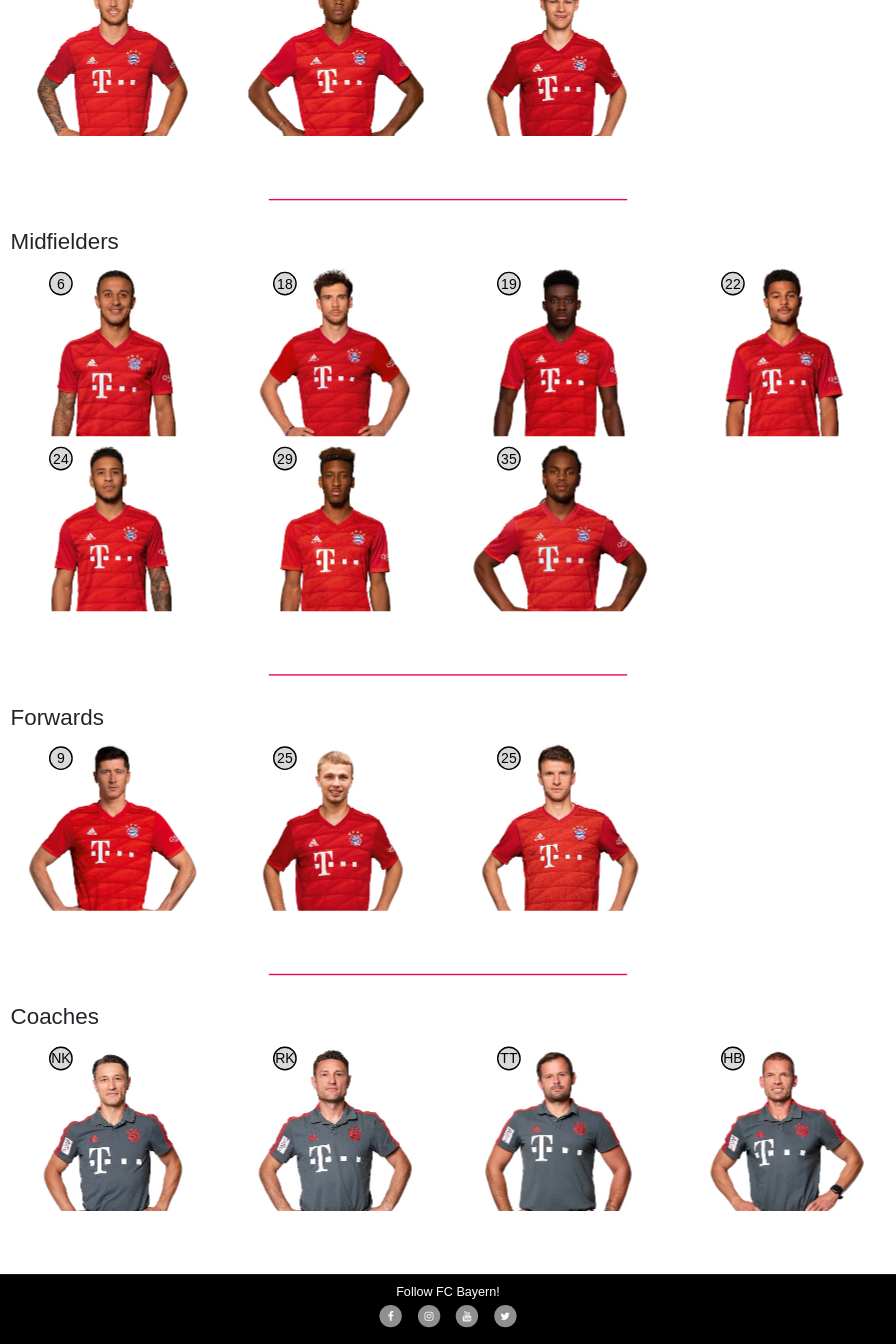
Repository: Code-Institute-Submissions/alnibo-milestone-project-1
Page: team.html
The author's editor kept a record of every edit. The page is drawn from the files as they stood at one moment, then again after the next edit.
The browser window is 1280 px wide. The pictures show the part of the page from y = 1683 to 3603 px (the page is 3603 px tall), at 70% of full size.
Some web fonts or font styles are not loaded; a fallback is used.

Above is the page before.

After the next edit:
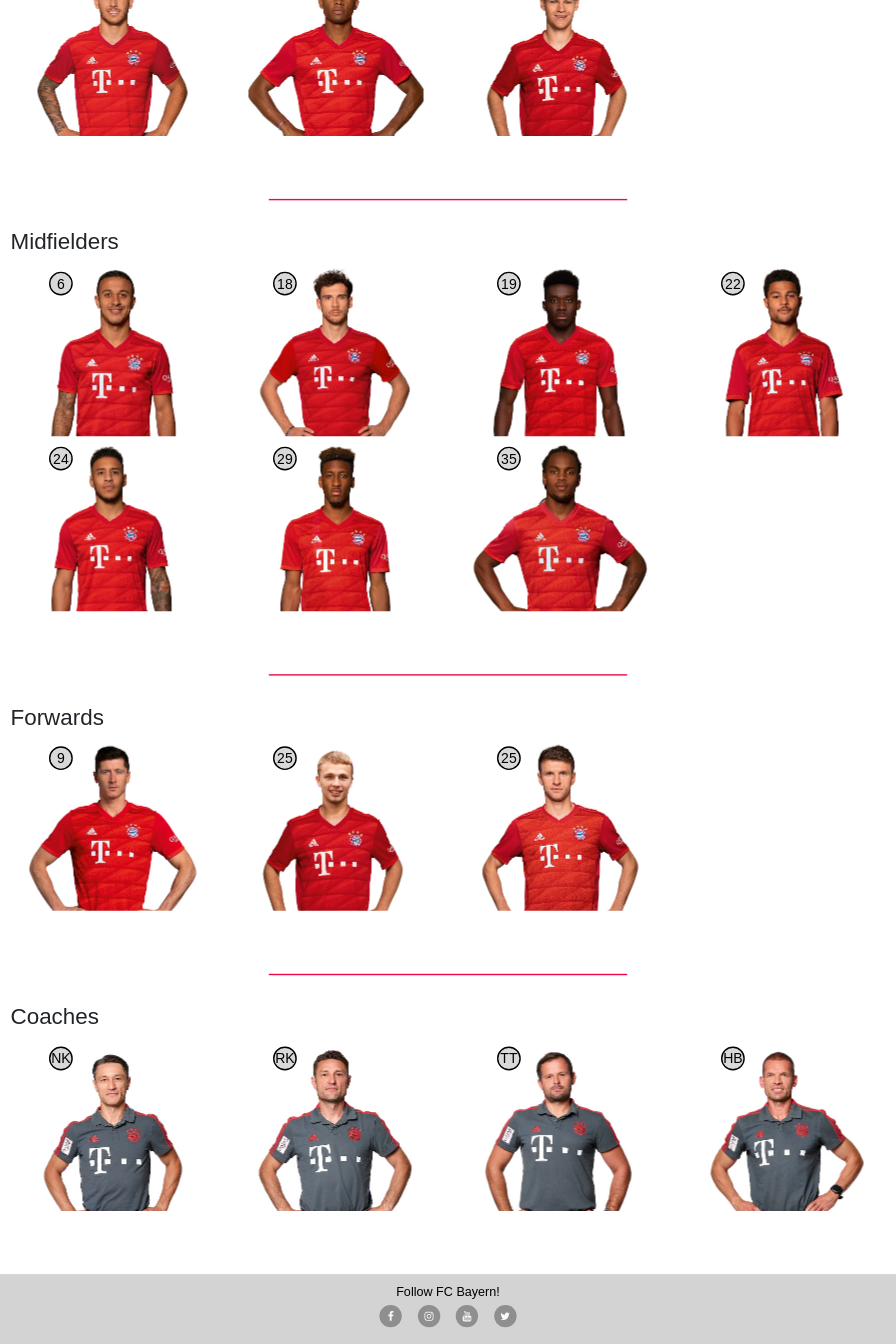
The edit:
--- a/assets/css/style.css
+++ b/assets/css/style.css
@@ -33,8 +33,8 @@
 
 footer {
     text-align: center;
-    background-color: black;
-    color: white;
+    background-color: #d3d3d3;
+    color: black;
     height: 100px;
     min-width: 300px;
     margin: 0;
